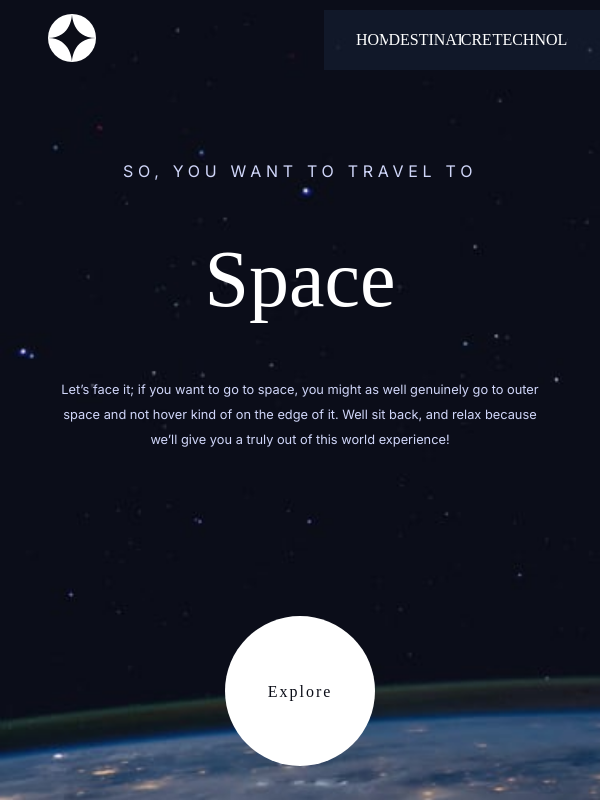
Repository: nilesjamex/space
Page: /
An editor plug-in stored every save of this project. The page is shown before and after the next save, followed by the edit.
The browser window is 600 px wide. The pictures show the whole page.
Some web fonts or font styles are not loaded; a fallback is used. Some web libraries are served in a nearby version. The project was rebuilt for these pictures with package versions that can differ from the ones it lists, and the page was loaded fresh each time. The framework's server and built-in components were replaced by stand-ins that run in the browser. Also part of the build but not shown: next.config.js.

Above is the page before, as saved 2022-01-08 04:46:36.

After the next save:
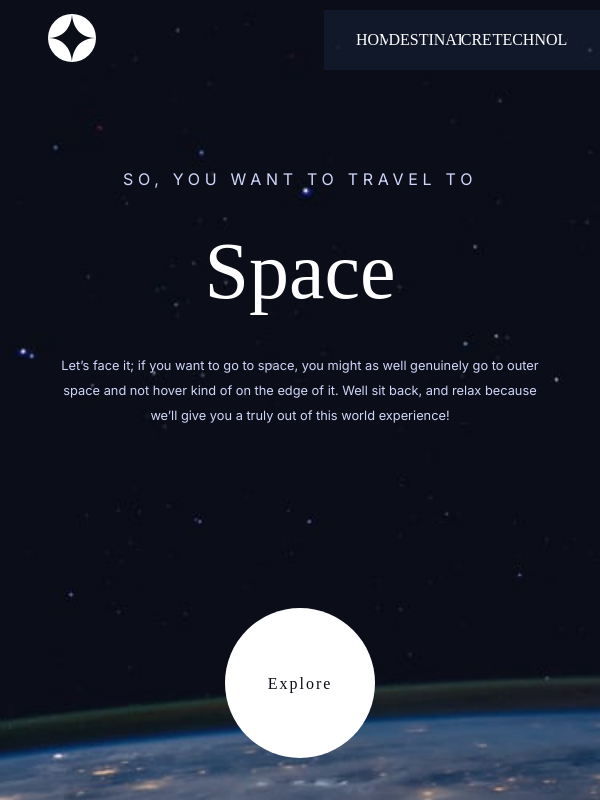
Saved 14 s later.
--- a/Components/home.module.css
+++ b/Components/home.module.css
@@ -143,7 +143,7 @@
     .HomeTextspace {
         font-size: 5rem;
         line-height: 100px;
-        margin: 3rem 0;
+        margin: 2rem 0;
     }
     .Explore {
         height: 150px;
